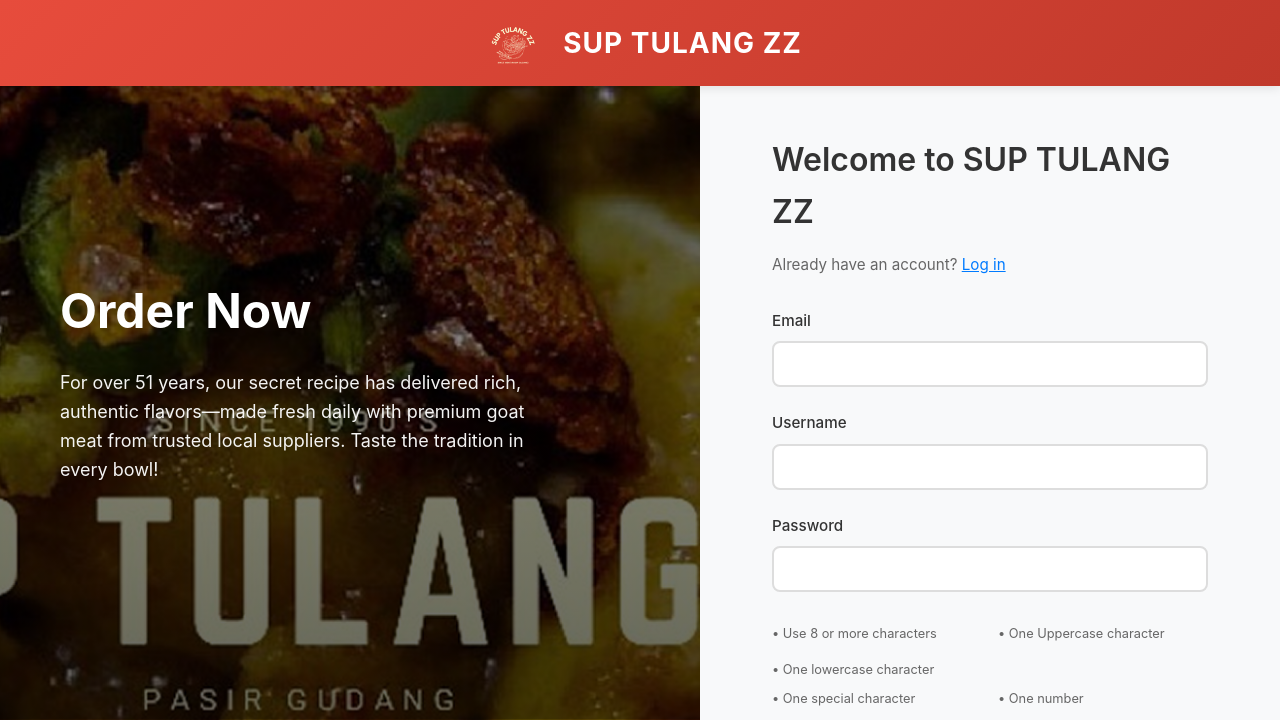
Repository: YIsheng2002/web-frontend
Page: view/member/userSignUp.html
These files come from the project's save history. The page is drawn as it stood at one moment and after the next save; the edit follows.
The browser window is 1280 px wide. The pictures show the whole page.
An inner scrolling area shows only its first screen.

Above is the page before, as saved 2025-06-13 22:41:19.

After the next save:
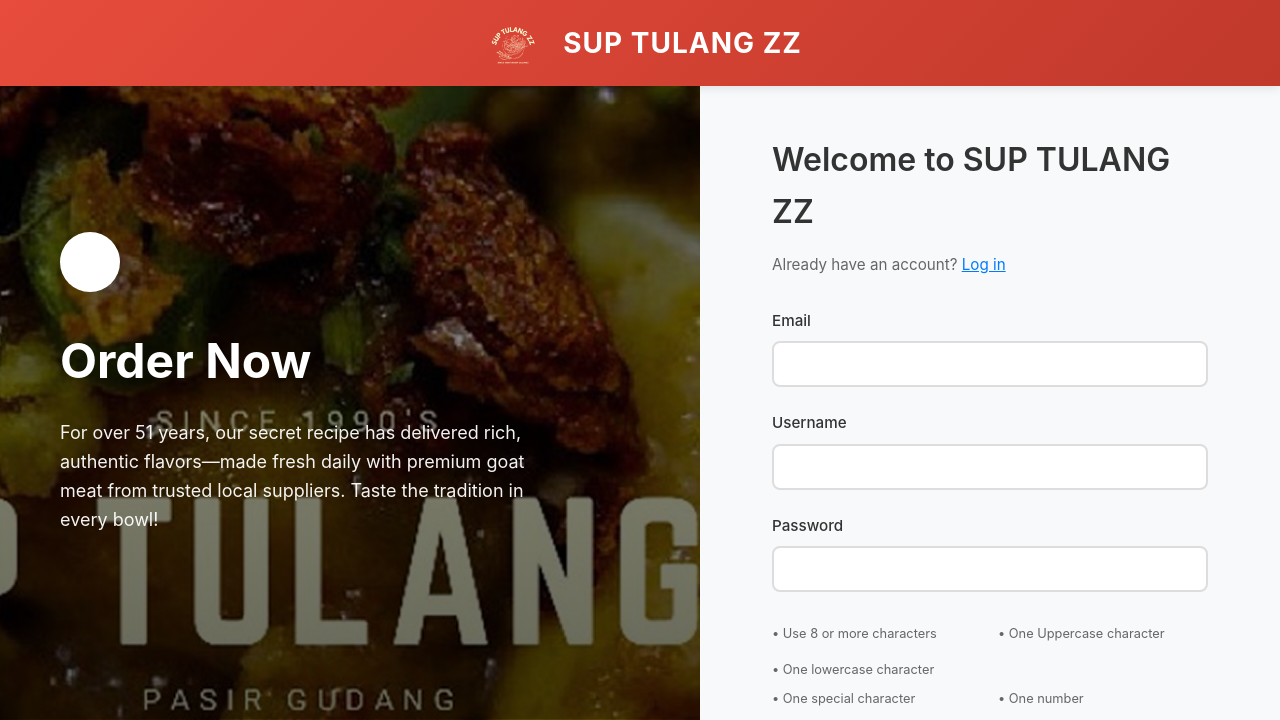
Saved 32 min 40 s later.
--- a/view/member/userSignUp.html
+++ b/view/member/userSignUp.html
@@ -25,9 +25,10 @@
         </div>
     </header>
     <div class="container">
-        <!-- Right side - Registration Form -->
+        <!-- Right side - Background Image -->
         <div class="order-section">
             <div class="order-content">
+                <div class="order-badge"></div>
                 <h1 class="order-title">Order Now</h1>
                 <p class="order-description">
                     For over 51 years, our secret recipe has delivered rich, authentic flavors—made fresh daily with premium goat meat from trusted local suppliers. Taste the tradition in every bowl!
@@ -35,7 +36,7 @@
             </div>
         </div>
 
-        <!-- Left side - Background Image-->
+        <!-- Left side - Registration Form -->
         <div class="form-section">
 
             <main class="form-container">
@@ -78,6 +79,7 @@
             </main>
         </div>
     </div>
+
 
     <script>
         document.addEventListener('DOMContentLoaded', function() {
